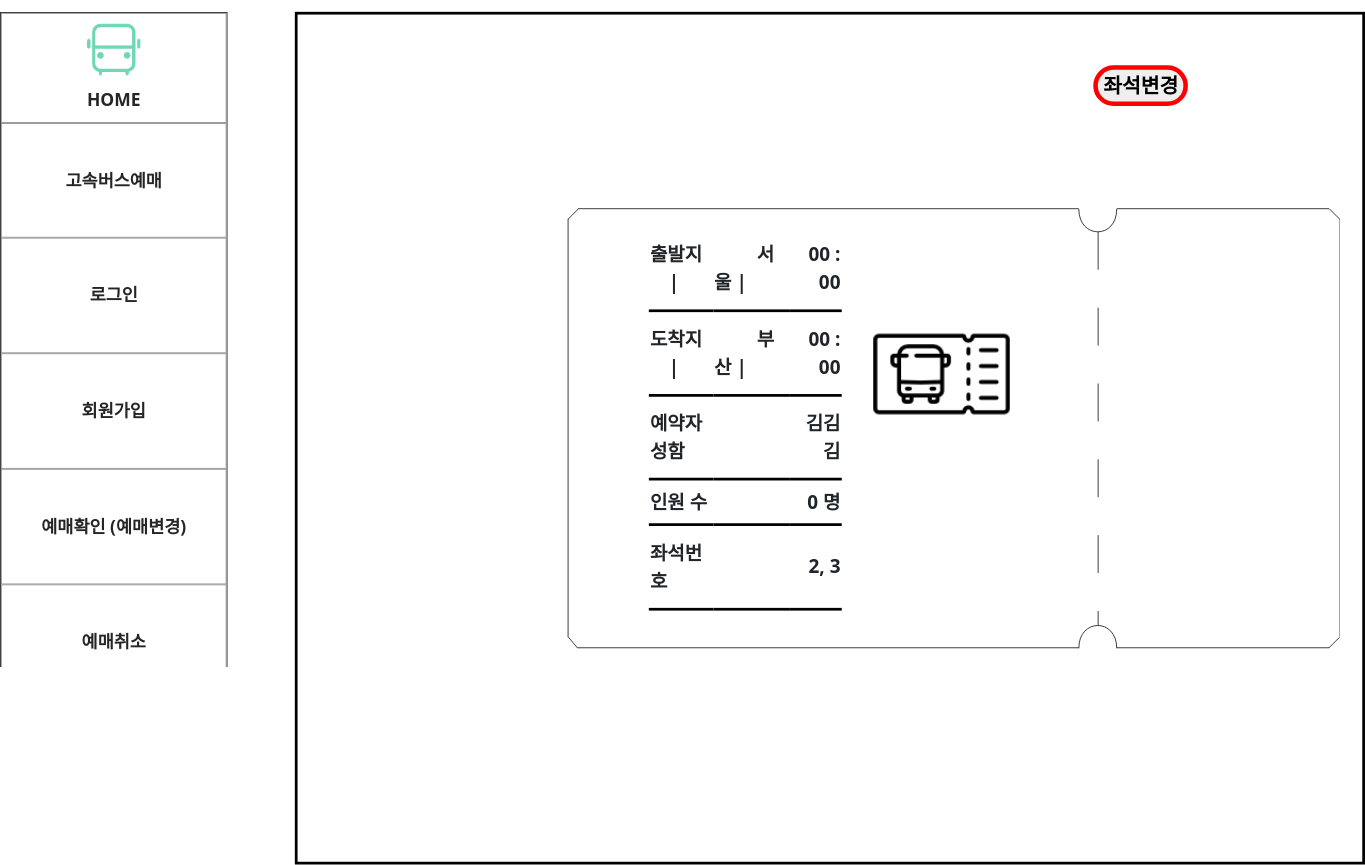
Repository: rudqhd79/spring_personal
Page: http://localhost/reservation/check
These files come from the project's save history. The page is drawn as it stood at one moment and after the next save; the edit follows.
The browser window is 1280 px wide. The page is 1500 px wide, so the pictures cover 1500 px, including what lies to the right of the window. The pictures show the whole page, at 91% of full size.
The page is this project's Thymeleaf template; nobody is signed in. The template is opened directly, without the code that normally fills it, so the values that code supplies are empty.

Above is the page before, as saved 2023-02-03 07:16:40.

### bus-reservation/src/main/resources/templates/reservation/check.html
<!DOCTYPE html>
<html xmlns:th="http://www.thymeleaf.org"
	xmlns:layout="http://www.ultraq.net.nz/thymeleaf/layout">
<link rel="stylesheet"
	href="//maxcdn.bootstrapcdn.com/bootstrap/latest/css/bootstrap.min.css">
<script src="//code.jquery.com/jquery.min.js"></script>
<script
	src="//maxcdn.bootstrapcdn.com/bootstrap/latest/js/bootstrap.min.js"></script>
<head>
<meta charset="UTF-8">
<title>main</title>
<!-- bootstrap css -->
<link
	href="https://cdn.jsdelivr.net/npm/bootstrap@5.3.0-alpha1/dist/css/bootstrap.min.css"
	rel="stylesheet"
	integrity="sha384-GLhlTQ8iRABdZLl6O3oVMWSktQOp6b7In1Zl3/Jr59b6EGGoI1aFkw7cmDA6j6gD"
	crossorigin="anonymous">
<link th:href="@{/css/all.css}" rel="stylesheet">
<!-- bootstrap js, popper -->
<script
	src="https://cdn.jsdelivr.net/npm/@popperjs/core@2.11.6/dist/umd/popper.min.js"
	integrity="sha384-oBqDVmMz9ATKxIep9tiCxS/Z9fNfEXiDAYTujMAeBAsjFuCZSmKbSSUnQlmh/jp3"
	crossorigin="anonymous"></script>
<script
	src="https://cdn.jsdelivr.net/npm/bootstrap@5.3.0-alpha1/dist/js/bootstrap.min.js"
	integrity="sha384-mQ93GR66B00ZXjt0YO5KlohRA5SY2XofN4zfuZxLkoj1gXtW8ANNCe9d5Y3eG5eD"
	crossorigin="anonymous"></script>
<!-- jquery  -->
<script src="https://code.jquery.com/jquery-3.6.3.min.js"
	integrity="sha256-pvPw+upLPUjgMXY0G+8O0xUf+/Im1MZjXxxgOcBQBXU="
	crossorigin="anonymous"></script>
<th:block layout:fragment="script"></th:block>
<th:block layout:fragment="css"></th:block>
</head>
<body>
	<div class="fragment-sidebar">
		<div th:replace="fragments/sidebar::sidebar"></div>
		<div class="base_angle" style="margin-top: 1vw">
			<form class="seat_form" th:action="@{seat}" method="get">
				<div class="check_child" style="position: relative;">
			 		<img src="/img/ticket_img.svg" style="width: 850px; height: 500px; position:absolute" />
					<div class="check_child">
						<table style="height: 420px; margin-top: 10px">
							<tr class="check_tr_three">
								<th class="check_th">출발지 &emsp;| &emsp;</th>
								<th class="check_th"> &emsp; &emsp;서울 |</th>
								<th class="check_th">00 : 00</th>
							</tr>
							<tr class="check_tr_three">
								<th class="check_th">도착지 &emsp;| &emsp;</th>
								<th class="check_th"> &emsp; &emsp;부산 |</th>
								<th class="check_th">00 : 00</th>
							</tr>
							<tr class="check_tr_two">
								<th class="check_th">예약자 성함</th>
								<th class="check_th"></th>
								<th class="check_th">김김김</th>
							</tr>
							<tr class="check_tr_two">
								<th class="check_th">인원 수</th>
								<th class="check_th"></th>
								<th class="check_th">0 명</th>
							</tr>
							<tr class="check_tr_two">
								<th class="check_th">좌석번호</th>
								<th class="check_th"></th>
								<th class="check_th">2, 3</th>
							</tr>
						</table>
					</div>
					<div class="check_child">
						<img src="/img/bus_ticket.png" style="height: 150px; width: 150px" />
					</div>
				</div>
			 	<div>
			 		<p class="change_btn"><input type="submit" value="좌석변경" style="font-weight: bold; border: 5px solid red; border-radius: 30px;" /></p>
			 	</div>
			</form>
		</div>
	</div>
</body>
</html>

### bus-reservation/src/main/resources/templates/fragments/sidebar.html
<!DOCTYPE html>
<html xmlns:th="http://www.thymeleaf.org">
<head>
<meta charset="UTF-8">
<title>Insert title here</title>
<link rel="stylesheet"
	href="//maxcdn.bootstrapcdn.com/bootstrap/latest/css/bootstrap.min.css">
<script src="//code.jquery.com/jquery.min.js"></script>
<script
	src="//maxcdn.bootstrapcdn.com/bootstrap/latest/js/bootstrap.min.js"></script>
</head>
<body>
<!-- 사이드바 -->
	<div th:fragment="sidebar" class="sidebar-total">
		<div id="page-wrapper">
			<div id="sidebar-wrapper">
				<ul class="sidebar-nav">
					<li class="sidebar-main">
						<a href="/">
						<img src="/img/bus_icon.png" style="width:60px; height: 60px; margin-top: 10px;">
							<p class="home">HOME</p>
						</a>
					</li>
					<li class="sidebar-main sidebar-nav_li"><a href="/">고속버스예매</a></li>
					<li class="sidebar-main sidebar-nav_li"><a href="login">로그인</a></li>
					<li class="sidebar-main sidebar-nav_li"><a href="join">회원가입</a></li>
					<li class="sidebar-main sidebar-nav_li"><a href="check">예매확인 (예매변경)</a></li>
					<li class="sidebar-main sidebar-nav_li"><a href="cancel">예매취소</a></li>
					<li class="sidebar-main sidebar-nav_li"><a href="edit">수정 (관리자 전용)</a></li>
				</ul>
			</div>
		</div>
	</div>
<!-- /사이드바 -->
</body>
</html>

### bus-reservation/src/main/resources/static/img/ticket_img.svg
<svg width="1020" height="581" viewBox="0 0 1020 581" fill="none" xmlns="http://www.w3.org/2000/svg">
<path d="M675 0.999998C675 41 725 41 725 1" stroke="black"/>
<line x1="700.5" y1="31" x2="700.5" y2="550" stroke="black" stroke-dasharray="50 50"/>
<line x1="1.5" y1="14" x2="1.5" y2="565" stroke="black"/>
<line x1="1019.5" y1="14" x2="1019.5" y2="565" stroke="black"/>
<path d="M725 580.125C725 540.125 675 540.125 675 580.125" stroke="black"/>
<line x1="15" y1="0.5" x2="675" y2="0.5" stroke="black"/>
<line x1="1005" y1="579.5" x2="725" y2="579.5" stroke="black"/>
<line x1="725" y1="0.5" x2="1005" y2="0.5" stroke="black"/>
<line x1="675" y1="579.5" x2="14" y2="579.5" stroke="black"/>
<line x1="1005.35" y1="0.646447" x2="1019.5" y2="14.7886" stroke="black"/>
<line x1="14.1319" y1="580.039" x2="1.26456" y2="564.728" stroke="black"/>
<line x1="15.4956" y1="0.353553" x2="1.35351" y2="14.4957" stroke="black"/>
<line x1="1004.65" y1="579.789" x2="1018.79" y2="565.646" stroke="black"/>
</svg>

Loaded but not shown: bus-reservation/src/main/resources/static/css/all.css (library)

After the next save:
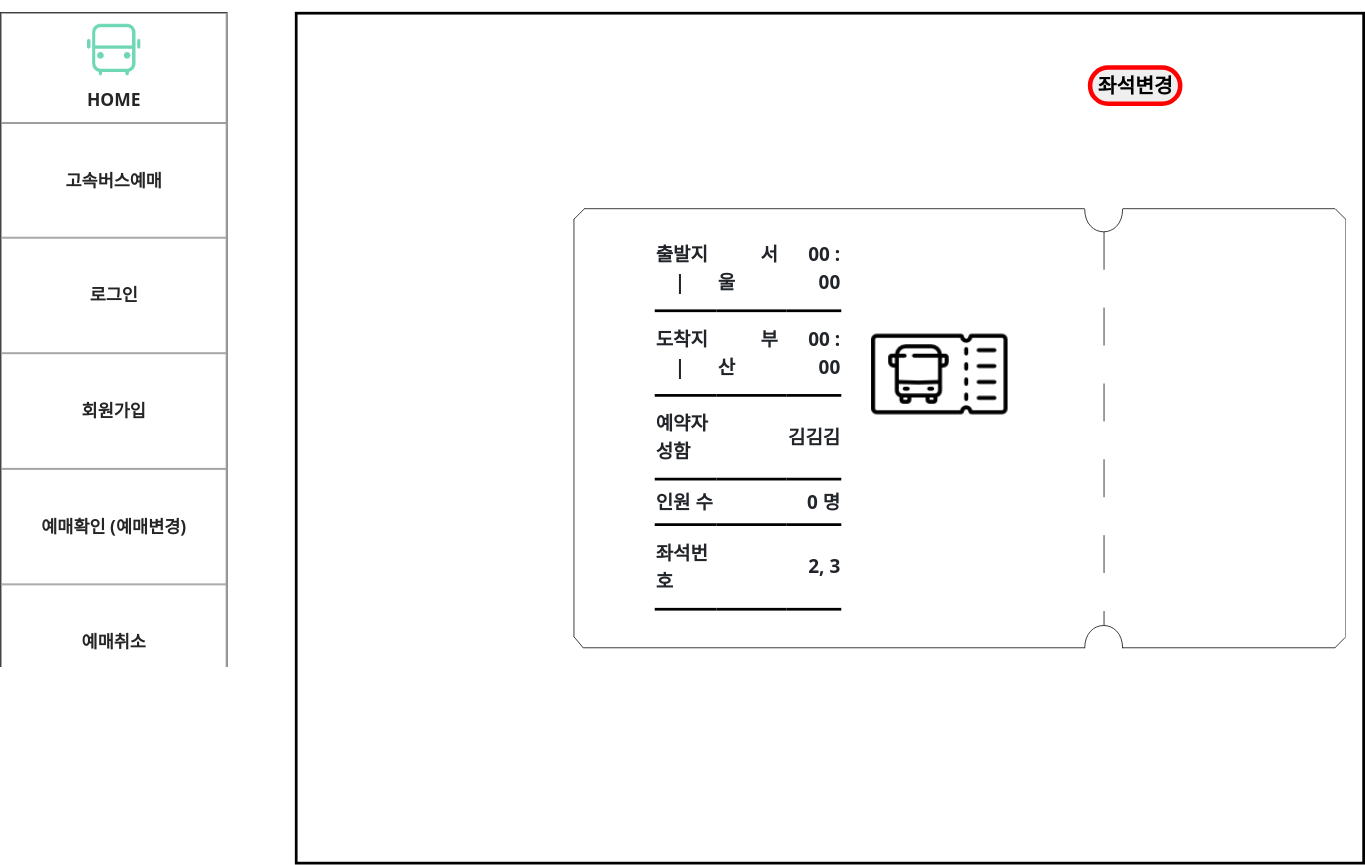
Saved 8 s later.
--- a/bus-reservation/src/main/resources/templates/reservation/check.html
+++ b/bus-reservation/src/main/resources/templates/reservation/check.html
@@ -43,12 +43,12 @@
 						<table style="height: 420px; margin-top: 10px">
 							<tr class="check_tr_three">
 								<th class="check_th">출발지 &emsp;| &emsp;</th>
-								<th class="check_th"> &emsp; &emsp;서울 |</th>
+								<th class="check_th"> &emsp; &emsp;서울</th>
 								<th class="check_th">00 : 00</th>
 							</tr>
 							<tr class="check_tr_three">
 								<th class="check_th">도착지 &emsp;| &emsp;</th>
-								<th class="check_th"> &emsp; &emsp;부산 |</th>
+								<th class="check_th"> &emsp; &emsp;부산</th>
 								<th class="check_th">00 : 00</th>
 							</tr>
 							<tr class="check_tr_two">
